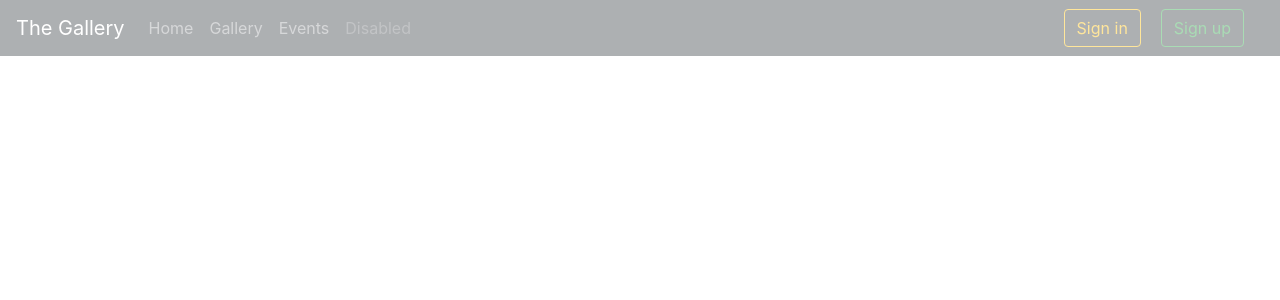
Repository: caramelsyrup/SpringProject1
Page: http://localhost/gallery/resources/includes/header.jsp
These files come from the project's save history. The page is drawn as it stood at one moment and after the next save; the edit follows.
The browser window is 1280 px wide. The pictures show the whole page.
The page is served by Tomcat 9. Nobody is signed in. The application's start-up code is not run. Other server files are loaded and not shown.

Above is the page before, as saved 2020-11-18 00:54:38.

### gallery/src/main/webapp/resources/includes/header.jsp
<%@ taglib prefix="c" uri="http://java.sun.com/jsp/jstl/core" %>
<!DOCTYPE html>
<html>
<head>
<meta charset="UTF-8">
    <meta charset="utf-8">
    <meta name="viewport" content="width=device-width, initial-scale=1, shrink-to-fit=no">
    <meta name="description" content="">
    <meta name="author" content="Mark Otto, Jacob Thornton, and Bootstrap contributors">
    <meta name="generator" content="Jekyll v4.1.1">
<script src="https://code.jquery.com/jquery-3.5.1.js" integrity="sha256-QWo7LDvxbWT2tbbQ97B53yJnYU3WhH/C8ycbRAkjPDc=" crossorigin="anonymous"></script>
<!-- Latest compiled and minified CSS -->
<link rel="stylesheet" href="https://stackpath.bootstrapcdn.com/bootstrap/4.5.2/css/bootstrap.min.css">
<!-- Latest compiled JavaScript -->
<script src="https://stackpath.bootstrapcdn.com/bootstrap/4.5.2/js/bootstrap.min.js"></script>
</head>
<!-- 최상단 -->
<body class="d-flex flex-column h-100">
    <header>
  <!-- Fixed navbar -->
  <nav class="navbar navbar-expand-md navbar-dark fixed-top bg-dark" style="opacity: 0.4;">
    <a class="navbar-brand" href="/">The Gallery</a>
    <button class="navbar-toggler" type="button" data-toggle="collapse" data-target="#navbarCollapse" aria-controls="navbarCollapse" aria-expanded="false" aria-label="Toggle navigation">
      <span class="navbar-toggler-icon"></span>
    </button>
    <div class="collapse navbar-collapse" id="navbarCollapse">
      <ul class="navbar-nav mr-auto">
        <li class="nav-item">
          <a class="nav-link" href="/">Home <!-- <span class="sr-only">(current)</span> --> </a>
        </li>
        <li class="nav-item">
          <a class="nav-link" href="/gallery/list">Gallery</a>
        </li>
        <li class="nav-item">
          <a class="nav-link" href="#">Events</a>
        </li>
        <li class="nav-item">
	        <c:if test="${member.auth==0}">
	          <a class="nav-link" href="/member/memberInfo/${member.username}">Info</a>
	        </c:if>
        </li>
        <li class="nav-item">
          <a class="nav-link disabled" href="#" tabindex="-1" aria-disabled="true">Disabled</a>
        </li>
      </ul>
       <c:choose>
       	<c:when test="${empty member.username}">
       		<a class="btn btn-outline-warning my-2 my-sm-0" href="/member/createMember" style="margin-right: 20px">Sign in</a>
      		<a class="btn btn-outline-success my-2 my-sm-0" href="/customLogin" style="margin-right: 20px">Sign up</a>
      	</c:when>
      	<c:otherwise>
        	<a class="btn btn-outline-success my-2 my-sm-0" href="/customLogout">Logout</a>
        </c:otherwise>
        </c:choose>
    </div>
  </nav>
</header>

After the next save:
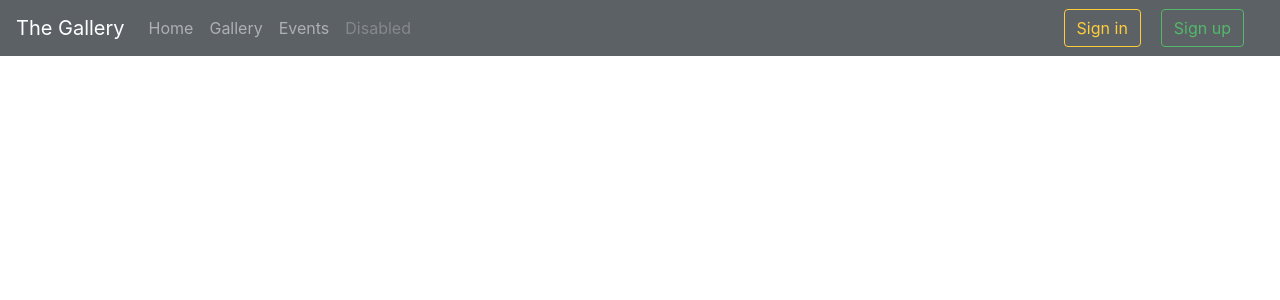
Saved 18 s later.
--- a/gallery/src/main/webapp/resources/includes/header.jsp
+++ b/gallery/src/main/webapp/resources/includes/header.jsp
@@ -18,7 +18,7 @@
 <body class="d-flex flex-column h-100">
     <header>
   <!-- Fixed navbar -->
-  <nav class="navbar navbar-expand-md navbar-dark fixed-top bg-dark" style="opacity: 0.4;">
+  <nav class="navbar navbar-expand-md navbar-dark fixed-top bg-dark" style="opacity: 0.8;">
     <a class="navbar-brand" href="/">The Gallery</a>
     <button class="navbar-toggler" type="button" data-toggle="collapse" data-target="#navbarCollapse" aria-controls="navbarCollapse" aria-expanded="false" aria-label="Toggle navigation">
       <span class="navbar-toggler-icon"></span>
